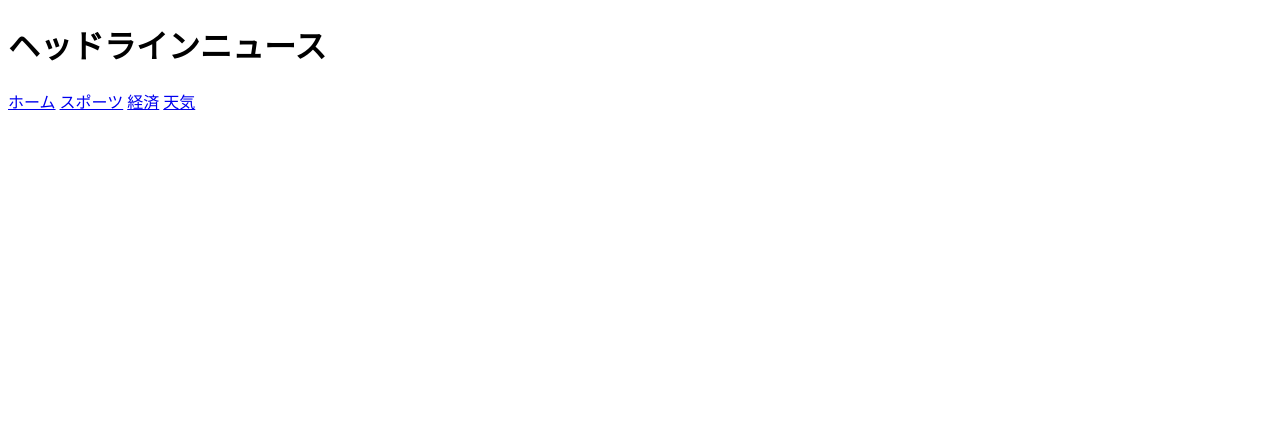
Repository: BearTepp/samurai_HTML-CSS
Page: layout.html
The author's editor kept a record of every edit. The page is drawn from the files as they stood at one moment, then again after the next edit.
The browser window is 1280 px wide. The pictures show the whole page.

Above is the page before.

After the next edit:
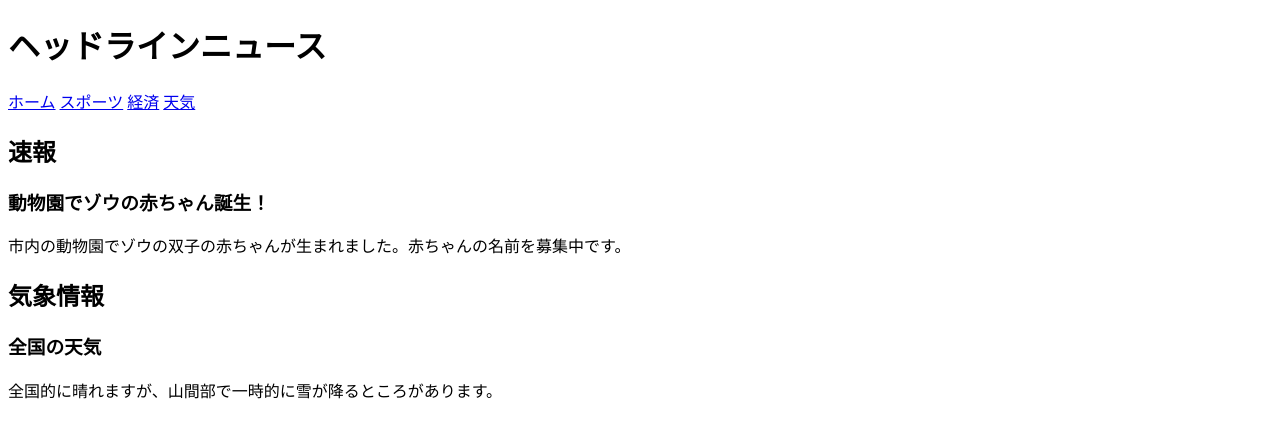
The edit:
--- a/layout.html
+++ b/layout.html
@@ -14,6 +14,21 @@
     <meta charset="utf-8">
 
     <main>
+       <article>
+
+       <section>
+         <h2>速報</h2>
+         <h3>動物園でゾウの赤ちゃん誕生！</h3>
+         <p>市内の動物園でゾウの双子の赤ちゃんが生まれました。赤ちゃんの名前を募集中です。</p>
+       </section>
+       <section>
+         <h2>気象情報</h2>
+         <h3>全国の天気</h3>
+         <p>全国的に晴れますが、山間部で一時的に雪が降るところがあります。</p>
+       </section>
+
+
+       </article>
     </main>
 
     <footer>
